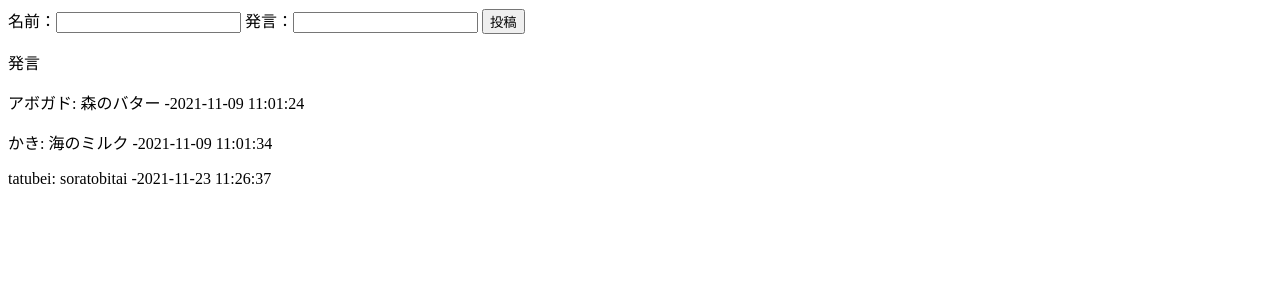
Repository: tppei/PHP
Page: http://localhost/htdocs/bbs.php
The author's editor kept a record of every edit. The page is drawn from the files as they stood at one moment, then again after the next edit.
The browser window is 1280 px wide. The pictures show the whole page.
The page is run by PHP 8.4 with error messages shown; the project is at /var/www/html/.

Above is the page before.

### htdocs/bbs.php
<?php
$filename = "./bbs.txt";
$comment = "";
$name = "";
$date = date('y/m/d H:i:s');

    if ($_SERVER['REQUEST_METHOD'] === 'POST'){

         if(isset($_POST['name'])){
            if(mb_strlen($_POST['name']) <= 20 && mb_strlen($_POST['name']) != 0){
                $name = $_POST['name'];
            }else if(mb_strlen($_POST['name']) > 20){
                $error_name = "!!名前は文字数を20文字以下にしてください!!"."\n";
                print $error_name;
            }else if(mb_strlen($_POST['name']) === 0){
                $error_noname ="!!名前を入力してください!!"."\n";
                print $error_noname;
            }
        }

        if(isset($_POST['hitokoto'])){

            if(mb_strlen($_POST['hitokoto']) <= 100 && mb_strlen($_POST['hitokoto']) != 0){
                $comment = $_POST['hitokoto'];
            }else if(mb_strlen($_POST['hitokoto']) > 100 ){
                $error_comment = "!!コメントは文字数を100文字以下にしてください!!"."\n";
                print $error_comment;
            }else if(mb_strlen($_POST['hitokoto']) === 0){
                $error_nocomment = "!!コメントを入力してください!!"."\n";
                print $error_nocomment;
            }
        }


    }

    if($comment && $name){
        $hatugen = '名前:'.$name."\t".'コメント:'.$comment."\t".'日時:'.$date."\n";
        $fp = fopen($filename,'a');
            if($fp){
                if(!fwrite($fp,$hatugen)){
                print 'ファイル書き込み失敗: ';
                }
            fclose($fp);
            }
    }

$data =[];

    if(is_readable($filename)){
        $fp = fopen($filename,"r");
        if($fp){
            while(($tmp=fgets($fp))){
              $data[] = htmlspecialchars($tmp,ENT_QUOTES,"UTF-8");
            }
            fclose($fp);
        }
    }
?>

<!DOCTYPE html>
<html lang='ja'>
    <head>
        <meta charset="UTF-8">
        <title>ひとこと掲示板サイト</title>
    </head>
    <body>
        <form method="post">
            <label for="name">名前：<input type="text" name="name"></label>
            <label for="hitokoto">発言：<input type="text" name="hitokoto"></label>
            <input type="submit" value="投稿">
        </form>
        <p>発言</p>
        <?php
            foreach ($data as $go) {
            print "<p>".$go."</p>" ;
         }
         ?>
    </body>
</html>

### htdocs/bbs.txt
アボガド:	森のバター	-2021-11-09 11:01:24
かき:	海のミルク	-2021-11-09 11:01:34
tatubei:	soratobitai	-2021-11-23 11:26:37

After the next edit:
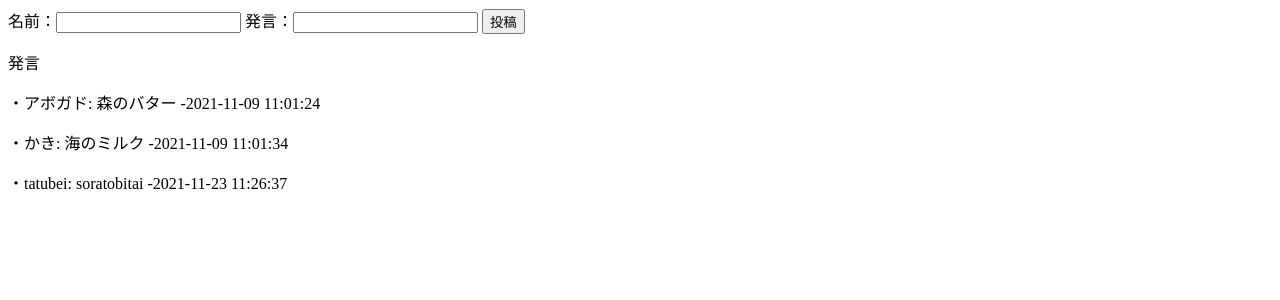
The edit:
--- a/htdocs/bbs.php
+++ b/htdocs/bbs.php
@@ -73,7 +73,7 @@
         <p>発言</p>
         <?php
             foreach ($data as $go) {
-            print "<p>".$go."</p>" ;
+            print "<p>"."・".$go."</p>" ;
          }
          ?>
     </body>
